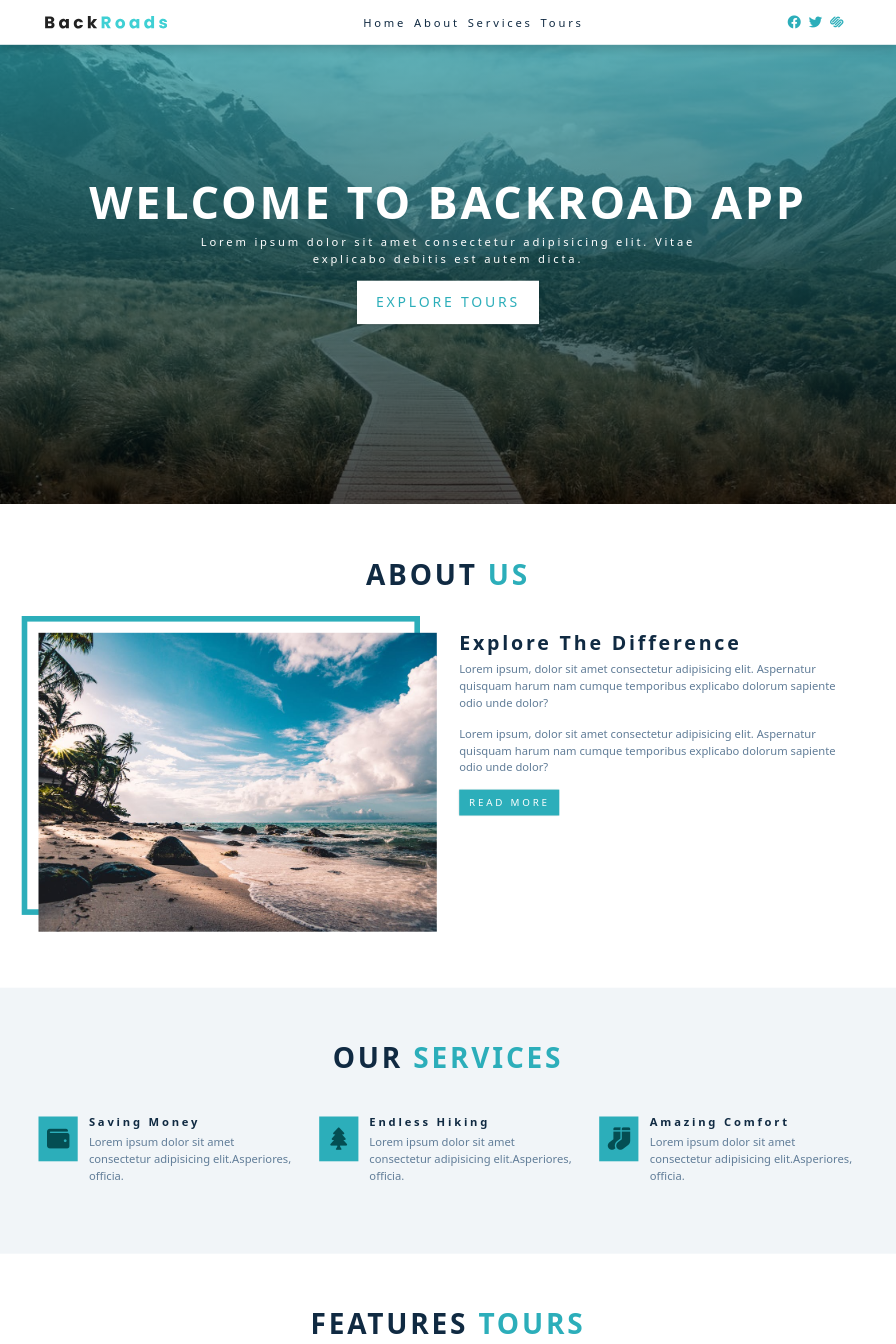
Repository: shivyank121/backRoad-app
Page: /
The author's editor kept a copy of each file at every save. The page is drawn from the files as they stood at one save, then again after the next save.
The browser window is 1280 px wide. The pictures show the part of the page from y = 0 to 1920 px (the page is 3363 px tall), at 70% of full size.
Some web libraries are served in a nearby version. The project was rebuilt for these pictures with package versions that can differ from the ones it lists, and the page was loaded fresh each time.

Above is the page before, as saved 2023-08-21 18:46:48.

### public/index.html
<!DOCTYPE html>
<html lang="en">
  <head>
    <meta charset="utf-8" />
    <link rel="icon" href="%PUBLIC_URL%/favicon.ico" />
    <meta name="viewport" content="width=device-width, initial-scale=1" />
    <meta name="theme-color" content="#000000" />
    <meta
      name="description"
      content="Web site created using create-react-app"
    />
    <link rel="apple-touch-icon" href="%PUBLIC_URL%/logo192.png" />
    <!--
      manifest.json provides metadata used when your web app is installed on a
      user's mobile device or desktop. See https://developers.google.com/web/fundamentals/web-app-manifest/
    -->
    <link rel="manifest" href="%PUBLIC_URL%/manifest.json" />
    <!--
      Notice the use of %PUBLIC_URL% in the tags above.
      It will be replaced with the URL of the `public` folder during the build.
      Only files inside the `public` folder can be referenced from the HTML.

      Unlike "/favicon.ico" or "favicon.ico", "%PUBLIC_URL%/favicon.ico" will
      work correctly both with client-side routing and a non-root public URL.
      Learn how to configure a non-root public URL by running `npm run build`.
    -->

    <link
    rel="stylesheet"
    href="https://cdnjs.cloudflare.com/ajax/libs/font-awesome/5.12.0/css/all.min.css"
    integrity="sha512-c93ifPoTvMdEJH/rKIcBx//AL1znq9+4/RmMGafI/vnTFe/dKwnn1uoeszE2zJBQTS1Ck5CqSBE+34ng2PthJg=="
    crossorigin="anonymous"
    referrerpolicy="no-referrer"
  />

    <title>Backroad </title>
  </head>
  <body>
    <noscript>You need to enable JavaScript to run this app.</noscript>
    <div id="root"></div>
    <!--
      This HTML file is a template.
      If you open it directly in the browser, you will see an empty page.

      You can add webfonts, meta tags, or analytics to this file.
      The build step will place the bundled scripts into the <body> tag.

      To begin the development, run `npm start` or `yarn start`.
      To create a production bundle, use `npm run build` or `yarn build`.
    -->
  </body>
</html>

### src/App.js
import { About } from "./components/About";
import { Footer } from "./components/Footer";
import { Hero } from "./components/Hero";
import { Navbar } from "./components/Navbar";
import { Services } from "./components/Services";
import { Tours } from "./components/Tours";

function App() {
  return (
    <>
      <Navbar />
      <Hero />
      <About />
      <Services />
      <Tours />
      <Footer />
    </>
  );
}

export default App;

### src/components/About.js
import React from 'react'
import aboutImg from "../images/about.jpeg"
import Title from './Title'

export const About = () => {
  return (

    <section className="section" id="about">

        <Title title='about' subtitle='us' />

      <div className="section-center about-center">
        <div className="about-img">
          <img
            src={aboutImg}
            className="about-photo"
            alt="awesome beach"
          />
        </div>
        <article className="about-info">
          <h3>explore the difference</h3>
          <p>
            Lorem ipsum, dolor sit amet consectetur adipisicing elit. Aspernatur
            quisquam harum nam cumque temporibus explicabo dolorum sapiente odio
            unde dolor?
          </p>
          <p>
            Lorem ipsum, dolor sit amet consectetur adipisicing elit. Aspernatur
            quisquam harum nam cumque temporibus explicabo dolorum sapiente odio
            unde dolor?
          </p>
          <a href="#to" className="btn"  >read more</a>
        </article>
      </div>
    </section>
  )
}

### src/components/Footer.js
import React from "react";
import { pageLinks, socialLinks } from "../data";
import Sociallinks from "./Sociallinks";

export const Footer = () => {
  return (
    <footer className="section footer">
      <ul className="footer-links">
        {pageLinks.map((link) => {
          return (
            <li key={link.id}>
              <a href={link.href} className="footer-link">
                {link.text}
              </a>
            </li>
          );
        })}
      </ul>
      <ul className="footer-icons">
        {socialLinks.map((link) => {
          return (
            <Sociallinks key={link.id} {...link} itemClass="footer-icon" />
          );
        })}
      </ul>
      <p className="copyright">
        copyright &copy; Backroads App tours company 2023
        <span id="date"></span> all rights reserved
      </p>
    </footer>
  );
};

### src/components/Hero.js
import React from 'react'

export const Hero = () => {
  return (
    <section className="hero" id="home">
      <div className="hero-banner">
        <h1>Welcome to Backroad App</h1>
        <p>
          Lorem ipsum dolor sit amet consectetur adipisicing elit. Vitae
          explicabo debitis est autem dicta.
        </p>
        <a href="#tours" className="btn hero-btn">explore tours</a>
      </div>
    </section>

  )
}

### src/components/Navbar.js
import React from "react";
import logo from "../images/logo.svg";
import { pageLinks, socialLinks } from "../data";
import Sociallinks from "./Sociallinks";

export const Navbar = () => {
  return (
    <nav className="navbar">
      <div className="nav-center">
        <div className="nav-header">
          <img src={logo} className="nav-logo" alt="backroads" />
          <button type="button" className="nav-toggle" id="nav-toggle">
            <i className="fas fa-bars"></i>
          </button>
        </div>
        {/* <!-- left this comment on purpose --> */}
        <ul className="nav-links" id="nav-links">
          {pageLinks.map((link) => {
            return (
              <li key={link.id}>
                <a href={link.href} className="nav-link">
                  {link.text}
                </a>
              </li>
            );
          })}
        </ul>

        <ul className="nav-icons">
          {socialLinks.map((link) => {
            return <Sociallinks key={link.id} {...link} itemClass="nav-icon" />;
          })}
        </ul>
      </div>
    </nav>
  );
};

### src/components/Services.js
import React from "react";
import Title from "./Title";
import { services } from "../data.js";
import Service from "./Service";

export const Services = () => {
  return (
    <section className="section services" id="services">
      <div className="section-title">
        <Title title="Our" subtitle="services" />
      </div>
      <div className="section-center services-center">
        {services.map((service) => {
          return <Service key={service.id} {...service} />;
        })}
      </div>
    </section>
  );
};

### src/components/Tours.js
import React from 'react'
import Title from './Title'
import { tours } from '../data'
import Tour from './Tour'

export const Tours = () => {
  return (
    <section className="section" id="tours">
    <div className="section-title">
    <Title title='Features' subtitle='tours' />
    </div>

    <div className="section-center featured-center">

      {tours.map((tour)=>{

      return(
       <Tour key={tour.id} {...tour} />
      )
      })}


    </div>
  </section>
  )
}

### src/components/Title.js
import React from 'react'

const Title = ({title, subtitle}) => {
  return (
    <div className="section-title">
        <h2>{title} <span>{subtitle}</span></h2>
      </div>
  )
}

export default Title

### src/data.js
import tour1 from './images/tour-1.jpeg'
import tour2 from './images/tour-2.jpeg'
import tour3 from './images/tour-3.jpeg'
import tour4 from './images/tour-4.jpeg'
import tour5 from './images/tour-5.jpeg'
import tour6 from './images/tour-6.jpeg'




export const pageLinks = [
  { id: 1, href: "#home", text: "home" },
  { id: 2, href: "#about", text: "about" },
  { id: 3, href: "#services", text: "services" },
  { id: 4, href: "#tours", text: "tours" },
];

export const socialLinks = [
  { id: 1, href: "https://www.twitter.com", icon: "fab fa-facebook" },
  { id: 2, href: "https://www.twitter.com", icon: "fab fa-twitter" },
  { id: 3, href: "https://www.twitter.com", icon: "fab fa-squarespace" },
];

export const services = [
  {
    id: 1,
    icon: "fas fa-wallet fa-fw",
    title: "saving money",
    text: "  Lorem ipsum dolor sit amet consectetur adipisicing elit.Asperiores, officia.",
  },
  {
    id: 2,
    icon: "fas fa-tree fa-fw",
    title: "endless hiking",
    text: "  Lorem ipsum dolor sit amet consectetur adipisicing elit.Asperiores, officia.",
  },
  {
    id: 3,
    icon: "fas fa-socks fa-fw",
    title: "amazing comfort",
    text: "  Lorem ipsum dolor sit amet consectetur adipisicing elit.Asperiores, officia.",
  },

];

export const tours = [
{
    id:1,
    img:tour1,
    date:'august 26th, 2020',
    title:'Tibet Adventure',
    info:'  Lorem ipsum dolor sit amet, consectetur adipisicing elit. Cumquevitae tempore voluptatum maxime reprehenderit eum quodexercitationem fugit, qui corporis.',
    location:'china',
    duration:'6 days',
    price:'from $2100',

},
{
    id:2,
    img:tour2,
    date:'october 1th, 2020',
    title:'best of java',
    info:'  Lorem ipsum dolor sit amet, consectetur adipisicing elit. Cumquevitae tempore voluptatum maxime reprehenderit eum quodexercitationem fugit, qui corporis.',
    location:'indonesia',
    duration:'11 days',
    price:'from $1400',

},
{
    id:3,
    img:tour3,
    date:'september 15th, 2020',
    title:' explore hong kong',
    info:'  Lorem ipsum dolor sit amet, consectetur adipisicing elit. Cumquevitae tempore voluptatum maxime reprehenderit eum quodexercitationem fugit, qui corporis.',
    location:' hong kong',
    duration:'8 days',
    price:'from $5100',

},
{
    id:4,
    img:tour4,
    date:'december 5th, 2019',
    title:'kenya highlights',
    info:'  Lorem ipsum dolor sit amet, consectetur adipisicing elit. Cumquevitae tempore voluptatum maxime reprehenderit eum quodexercitationem fugit, qui corporis.',
    location:'kenya',
    duration:'20 days',
    price:'from $3100',

},
{
    id:5,
    img:tour5,
    date:'May 26th, 2021',
    title:'Africa Wild life',
    info:'  Lorem ipsum dolor sit amet, consectetur adipisicing elit. Cumquevitae tempore voluptatum maxime reprehenderit eum quodexercitationem fugit, qui corporis.',
    location:'Africa',
    duration:'4 days',
    price:'from $1200',

},
{
    id:6,
    img:tour6,
    date:'july 26th, 2021',
    title:'Indian Heritage',
    info:'  Lorem ipsum dolor sit amet, consectetur adipisicing elit. Cumquevitae tempore voluptatum maxime reprehenderit eum quodexercitationem fugit, qui corporis.',
    location:'India',
    duration:'8 days',
    price:'from $1500',

}

]

### src/components/Sociallinks.js
import React from 'react'

const Sociallinks = ({href, icon, itemClass}) => {
  return (
    <li>
    <a
      href={href}
      target="_blank"
      rel="noreferrer"
      className={itemClass}
    >
      <i className={icon}></i>
    </a>
  </li>
  )
}

export default Sociallinks

### src/components/Service.js
import React from 'react'

const Service = ({ icon, title, text}) => {
  return (
    <article className="service" >
    <span className="service-icon"><i className={icon}></i></span>
    <div className="service-info">
      <h4 className="service-title">{title}</h4>
      <p className="service-text">
        {text}
      </p>
    </div>
  </article>
  )
}

export default Service

### src/components/Tour.js
import React from 'react'

const Tour = ({id, img, date,title,info, location,duration,price}) => {
  return (
    <article className="tour-card" key={id}>
    <div className="tour-img-container">
      <img src={img} className="tour-img" alt="" />
      <p className="tour-date">{date}</p>
    </div>
    <div className="tour-info">
      <div className="tour-title">
        <h4>{title}</h4>
      </div>
      <p>
        {info}
      </p>
      <div className="tour-footer">
        <p>
          <span><i className="fas fa-map"></i></span> {location}
        </p>
        <p>{duration}</p>
        <p>{price}</p>
      </div>
    </div>
  </article>
  )
}

export default Tour

### src/components/Navlinks.js
import React from "react";

const Navlinks = ({ href, text, navItemClass }) => {
  return (
    <li>
      <a href={href} className={navItemClass}>
        {text}
      </a>
    </li>
  );
};

export default Navlinks;

Loaded but not shown: src/index.js (common file); src/index.css (common file)

After the next save:
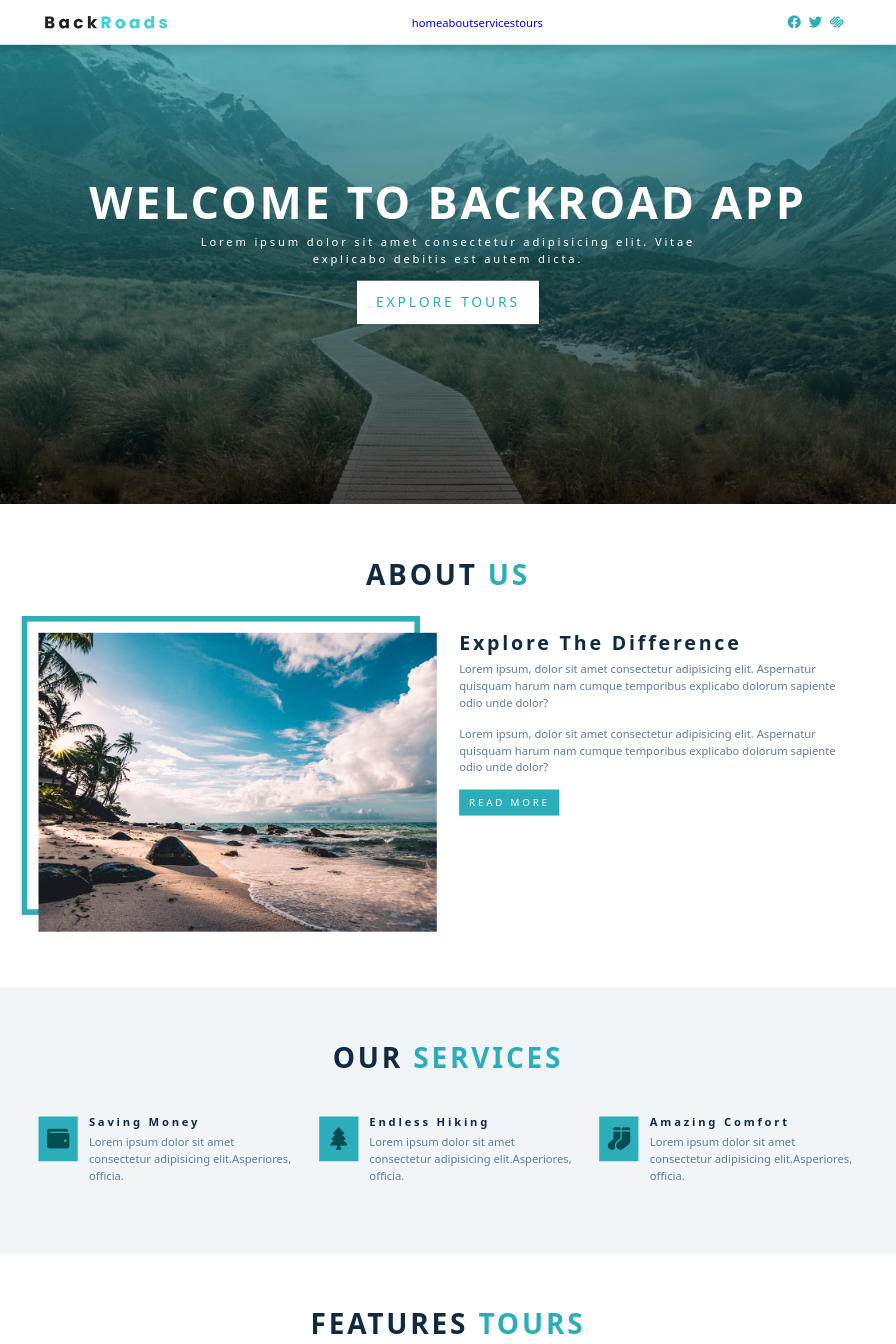
Saved 46 s later.
--- a/src/components/Navbar.js
+++ b/src/components/Navbar.js
@@ -2,6 +2,7 @@ import React from "react";
 import logo from "../images/logo.svg";
 import { pageLinks, socialLinks } from "../data";
 import Sociallinks from "./Sociallinks";
+import Navlinks from "./Navlinks";
 
 export const Navbar = () => {
   return (
@@ -17,11 +18,7 @@ export const Navbar = () => {
         <ul className="nav-links" id="nav-links">
           {pageLinks.map((link) => {
             return (
-              <li key={link.id}>
-                <a href={link.href} className="nav-link">
-                  {link.text}
-                </a>
-              </li>
+             <Navlinks key={link.id} {...link} />
             );
           })}
         </ul>
